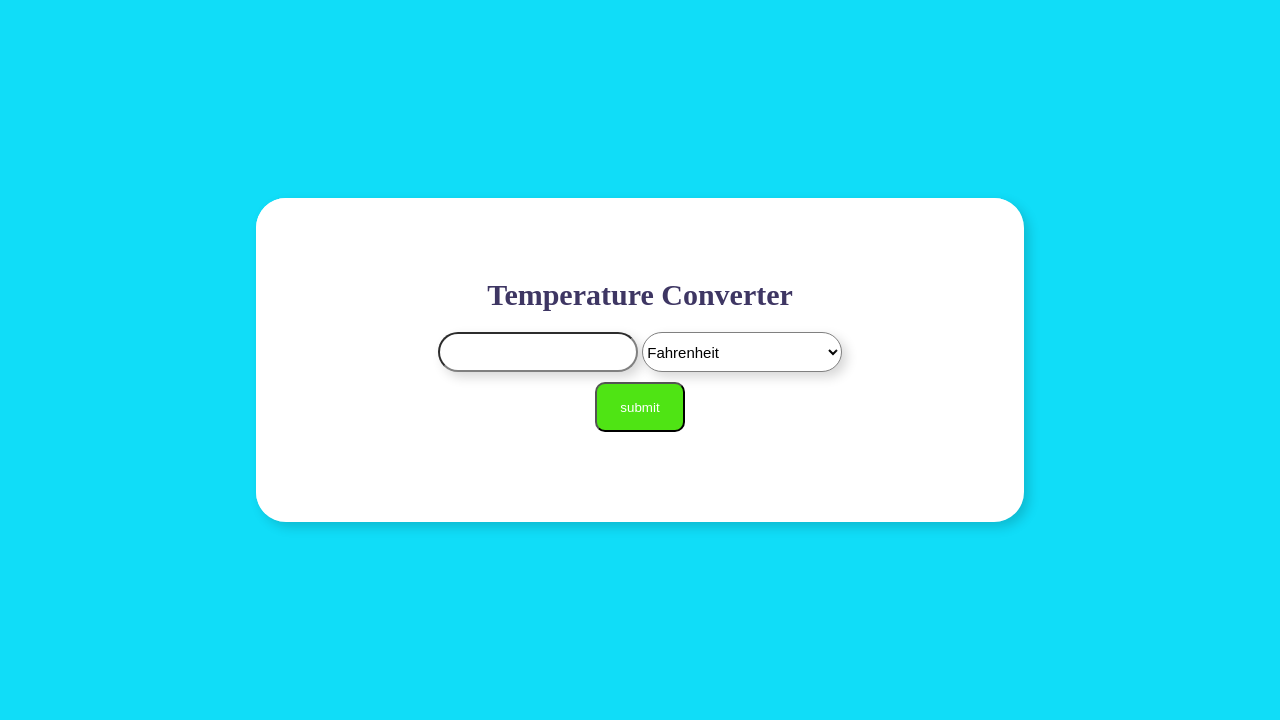
Repository: Mayur2905/OIBSIP
Page: Task-4/index.html
The author's editor kept a copy of each file at every save. The page is drawn from the files as they stood at one save, then again after the next save.
The browser window is 1280 px wide. The pictures show the whole page.

Above is the page before, as saved 2022-02-03 23:45:04.

### Task-4/index.html
<!DOCTYPE html>
<html lang="en">
<head>
    <meta charset="UTF-8">
    <meta http-equiv="X-UA-Compatible" content="IE=edge">
    <meta name="viewport" content="width=device-width, initial-scale=1.0">
    <title>Document</title>
    <link rel="stylesheet" href="style.css">
</head>
<body>
    <div>
        <form id="tempCalc" onsubmit="convert(); return false">
            <label for="temp">Temperature Converter</label><br/>
            <input type="text" name="temp" id="temp">
            <select name="temp_diff" id="type">
                <option value="fah">Fahrenheit</option>
                <option value="Kel">Kelvin</option>
            </select><br/>
            <input id="btn" type="submit" value="submit" name="temp">
            <div id="result"></div>
        </form>
        <script type = "text/javascript" src="script.js"></script>
    </div>
</body>
</html>

### Task-4/style.css
* {
  margin: 0;
  padding: 0;
  box-sizing: border-box;
  font-family: "Mulish", sans-serif;
}

body {
  width: 100vw;
  height: 100vh;
  background-color: #10ddf8;
  display: grid;
  align-items: center;
}

form {
  background-color: #ffffff;
  padding: 80px;
  width: 60%;
  margin: 100px auto;
  text-align: center;
  box-shadow: inset 5px 5px 12px #ffffff, 5px 5px 12px rgba(0, 0, 0, 0.16);
  border-radius: 30px;
}

#tempCalc label {
  font-size: 30px;
}

#temp {
  border-color: grey;
  border-radius: 20px;
  padding: 10px;
  height: 40px;
  width: 200px;
  font-size: 20px;
  margin-top: 20px;
  vertical-align: top;
  box-shadow: inset 5px 5px 12px #ffffff, 5px 5px 12px rgba(0, 0, 0, 0.16);
}

#type {
  height: 40px;
  border-color: gray;
  border-radius: 20px;
  margin-top: 20px;
  font-size: 15px;
  height: 40px;
  width: 200px;
  vertical-align: top;
  background-color: #ffffff;
  box-shadow: inset 5px 5px 12px #ffffff, 5px 5px 12px rgba(0, 0, 0, 0.16);
}
label {
  font-family: cursive;
  font-weight: bold;
  color: #3e3663;
}
#btn {
  background-color: rgb(79, 228, 20);
  height: 50px;
  width: 90px;
  color: white;
  margin: 10px;
  border-radius: 10px;
}
#result {
  font-size: 15px;
  font-weight: 600;
}
.bg-balls {
  position: fixed;
  top: 0;
  left: 0;
  right: 0;
  bottom: 0;
  min-width: 100%;
  z-index: -1;
}
.bg-balls:before,
.bg-balls:after {
  content: "";
  position: absolute;
  width: 200px;
  height: 200px;
  border-radius: 50%;
}

.bg-balls:before {
  background-color: orange;
  right: -75px;
  bottom: -75px;
  @media screen and (min-width: 476px) {
    width: 220px;
    height: 220px;
    right: -110px;
    bottom: -110px;
  }
}

.bg-balls:after {
  background-color: green;
  top: -75px;
  left: -75px;
  @media screen and (min-width: 476px) {
    width: 220px;
    height: 220px;
    top: -110px;
    left: -110px;
  }
}

### Task-4/script.js
function convert(){
    const temp = document.getElementById('temp').value;
    const ty = document.getElementById('type').value;
    if(ty == 'fah' )
    {
        var f = (temp*1.8)+32;
        document.getElementById('result').innerHTML=`= ${f}°Fahrenheit`;
    }
    else{
        var f= (temp*1) + 273.15;
        document.getElementById('result').innerHTML=`= ${f}°Kelvin`;
    }


}

After the next save:
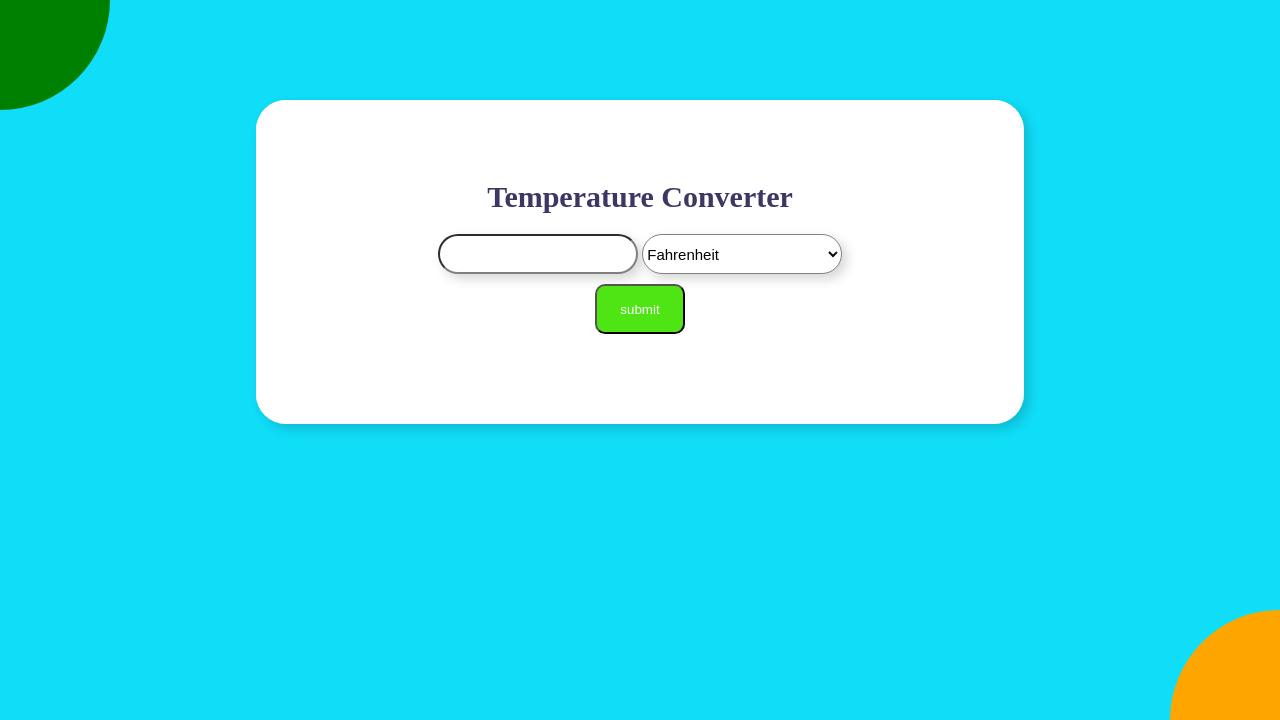
Saved 7 s later.
--- a/Task-4/index.html
+++ b/Task-4/index.html
@@ -8,7 +8,7 @@
     <link rel="stylesheet" href="style.css">
 </head>
 <body>
-    <div>
+    <div class="bg-balls">
         <form id="tempCalc" onsubmit="convert(); return false">
             <label for="temp">Temperature Converter</label><br/>
             <input type="text" name="temp" id="temp">

After the save that followed:
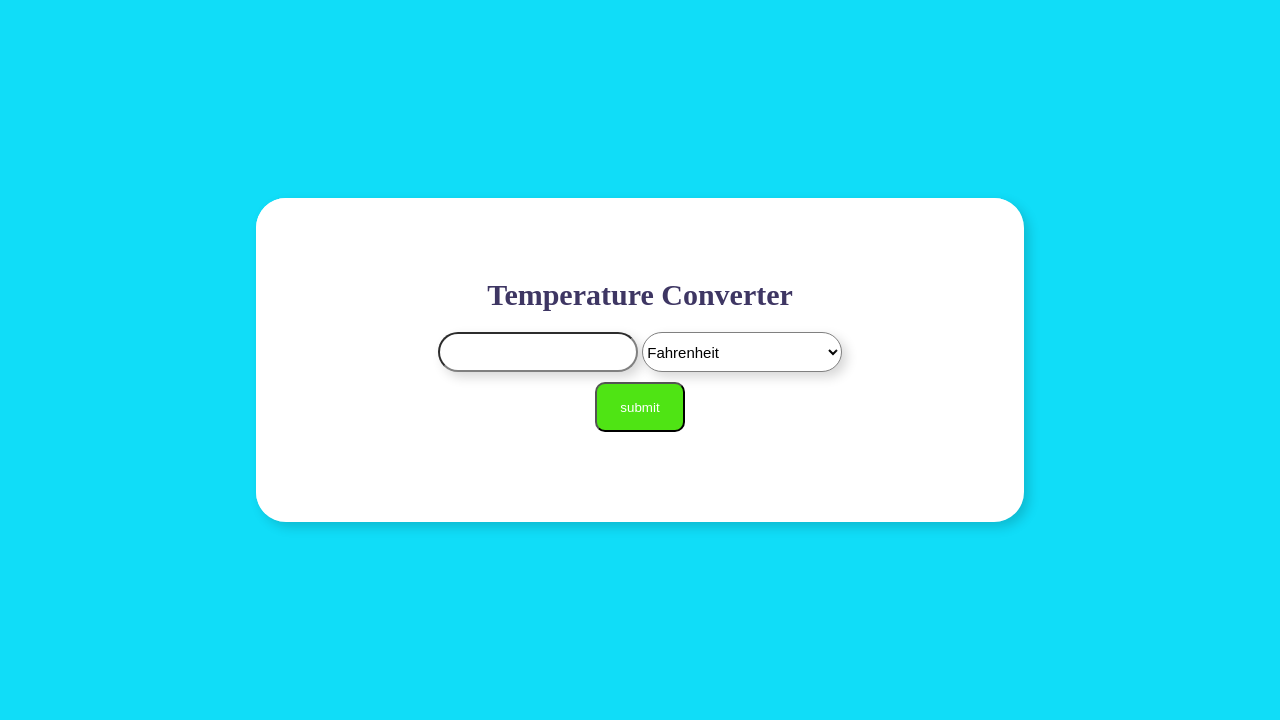
Saved 38 s later.
--- a/Task-4/index.html
+++ b/Task-4/index.html
@@ -8,7 +8,7 @@
     <link rel="stylesheet" href="style.css">
 </head>
 <body>
-    <div class="bg-balls">
+    <div>
         <form id="tempCalc" onsubmit="convert(); return false">
             <label for="temp">Temperature Converter</label><br/>
             <input type="text" name="temp" id="temp">
